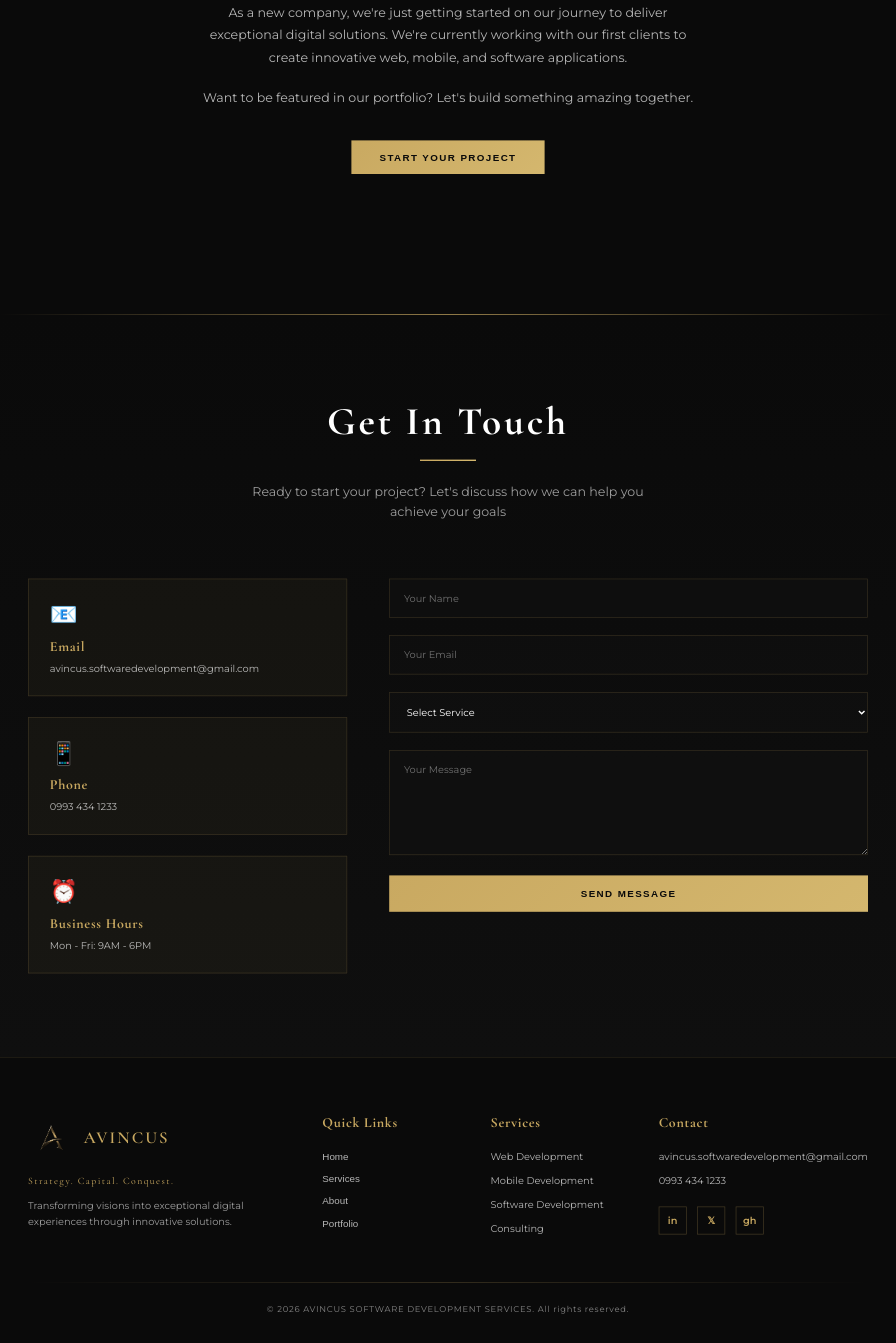
Repository: GiLLBaTesx/avincus-website
Page: /
The author's editor kept a copy of each file at every save. The page is drawn from the files as they stood at one save, then again after the next save.
The browser window is 1280 px wide. The pictures show the part of the page from y = 3561 to 5481 px (the page is 5479 px tall before and 5481 px after), at 70% of full size.
The project was rebuilt for these pictures with package versions that can differ from the ones it lists, and the page was loaded fresh each time.

Above is the page before, as saved 2026-05-28 12:23:16.

After the next save:
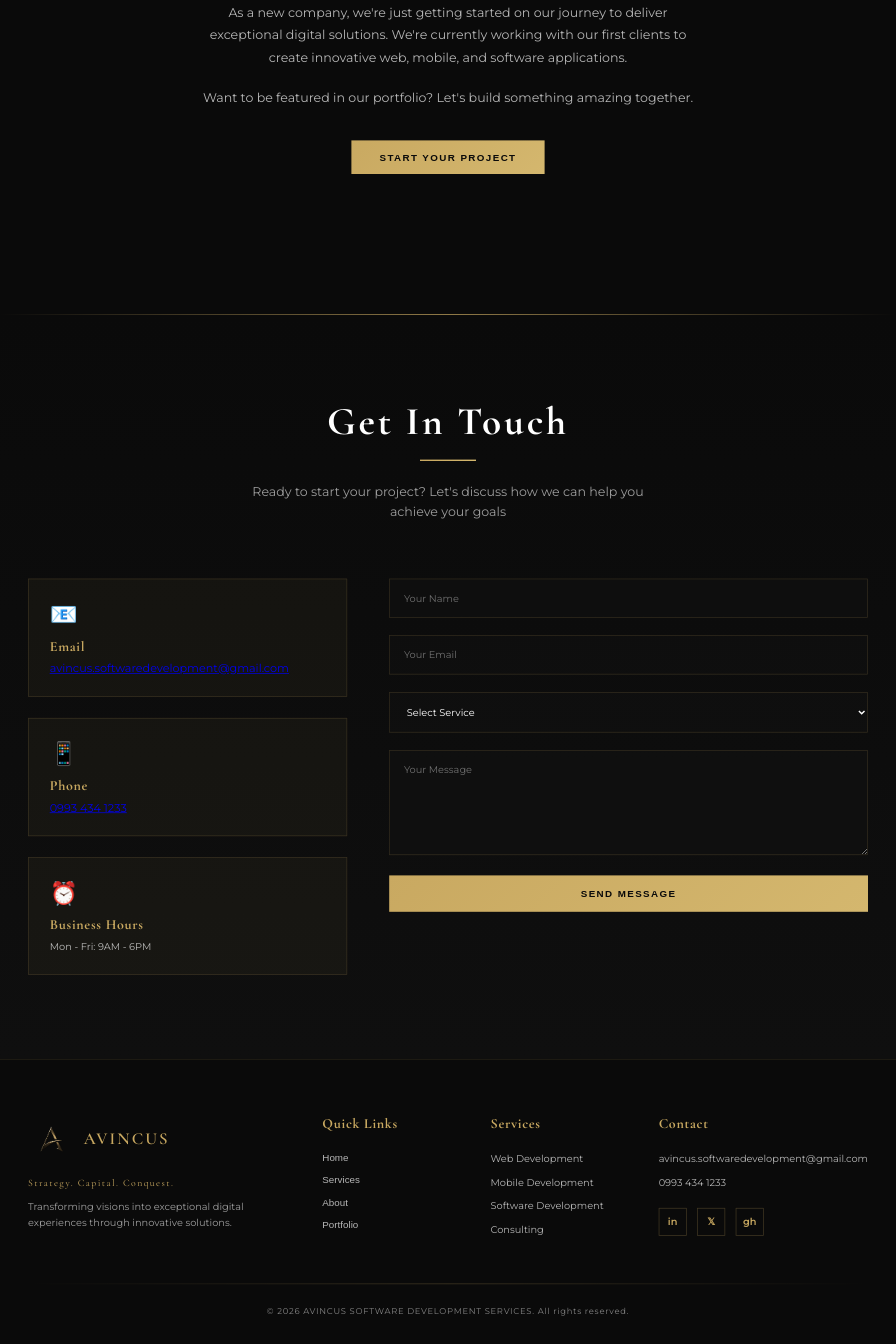
Saved 7 s later.
--- a/src/components/Contact.js
+++ b/src/components/Contact.js
@@ -79,12 +79,16 @@
             <div className="info-item">
               <div className="info-icon">📧</div>
               <h3>Email</h3>
-              <p>avincus.softwaredevelopment@gmail.com</p>
+              <a href="mailto:avincus.softwaredevelopment@gmail.com" className="info-link">
+                avincus.softwaredevelopment@gmail.com
+              </a>
             </div>
             <div className="info-item">
               <div className="info-icon">📱</div>
               <h3>Phone</h3>
-              <p>0993 434 1233</p>
+              <a href="tel:09934341233" className="info-link">
+                0993 434 1233
+              </a>
             </div>
             <div className="info-item">
               <div className="info-icon">⏰</div>
